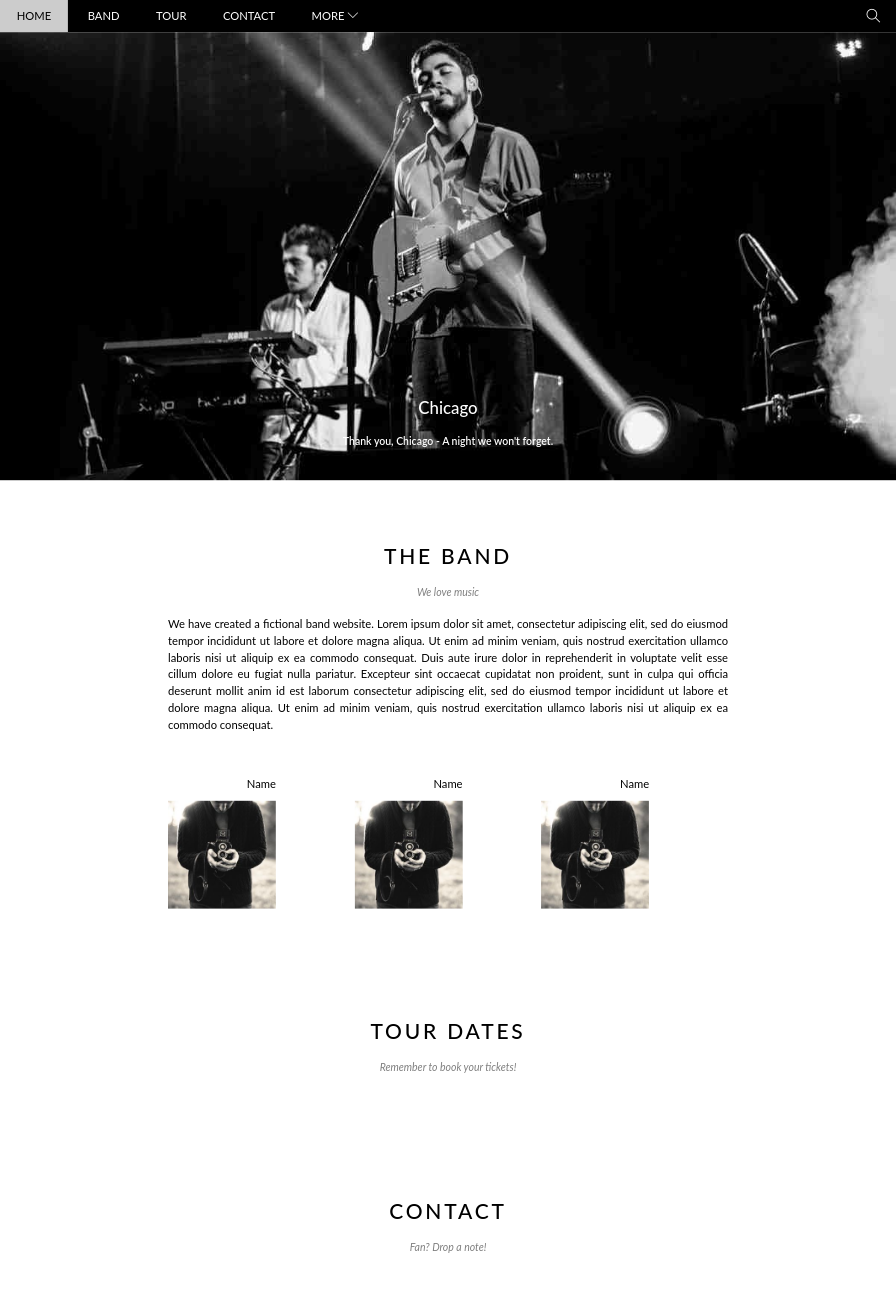
Repository: tatvanhco/web-dau-tay
Page: index.html
An editor plug-in stored every save of this project. The page is shown before and after the next save, followed by the edit.
The browser window is 1280 px wide. The pictures show the whole page, at 70% of full size.

Above is the page before, as saved 2022-01-23 19:16:18.

### index.html
<!DOCTYPE html>
<html lang="en">
<head>
    <meta charset="UTF-8">
    <!-- <meta http-equiv="X-UA-Compatible" content="IE=edge"> -->
    <meta name="viewport" content="width=device-width, initial-scale=1.0">
    <title>the band</title>
    <link rel="shortcut icon" href="./assets/img/band/logo.png" type="image/x-icon">
    <link rel="stylesheet" href="./assets/fronts/themify-icons/themify-icons.css">
    <link rel="stylesheet" href="./assets/css/style.css">
    <link rel="stylesheet" href="./assets/css/responsive.css">
</head>
<body>
    <div id="main">
        <div id="header">
            <ul id="nav">
                <li><a href="#">home</a></li>
                <li><a href="#">band</a></li>
                <li><a href="#">tour</a></li>
                <li><a href="#">contact</a></li>
                <li>
                    <a href="#">more
                        <i class="drop-down ti-angle-down"></i>
                    </a>
                    <div class="subnav">
                        <ul>
                            <li><a href="">Merchandise</a></li>
                            <li><a href="">Extras</a></li>
                            <li><a href="">Media</a></li>
                        </ul>
                    </div>
                </li>
            </ul>
            <div class="search-btn">
                <i class="search-icon ti-search"></i>
            </div>
        </div>
        <div id="slide">
            <div class="text-content">
                <h2 class="text-heading">Chicago</h2>
                <div class="text-desc">Thank you, Chicago - A night we won't forget.</div>
            </div>
        </div>
        <div id="content">
            <div class="content-section">
                <h2 class="section-heading">THE BAND</h2>
                <p class="section-sub-heading">We love music</p>
                <p class="about">
                    We have created a fictional band website. Lorem ipsum dolor sit amet, consectetur adipiscing elit, sed do eiusmod tempor incididunt ut labore et dolore magna aliqua. Ut enim ad minim veniam, quis nostrud exercitation ullamco laboris nisi ut aliquip ex ea commodo consequat. Duis aute irure dolor in reprehenderit in voluptate velit esse cillum dolore eu fugiat nulla pariatur. Excepteur sint occaecat cupidatat non proident, sunt in culpa qui officia deserunt mollit anim id est laborum consectetur adipiscing elit, sed do eiusmod tempor incididunt ut labore et dolore magna aliqua. Ut enim ad minim veniam, quis nostrud exercitation ullamco laboris nisi ut aliquip ex ea commodo consequat.
                </p>
                <div class="team">
                    <div class="team-list">
                        <p class="team-name">Name</p>
                        <img src="./assets/img/band/member.jpg" >
                    </div>

                    <div class="team-list">
                        <p class="team-name">Name</p>
                        <img src="./assets/img/band/member.jpg" >
                    </div>

                    <div class="team-list">
                        <p class="team-name">Name</p>
                        <img src="./assets/img/band/member.jpg" >
                    </div>
                </div>
                <div class="clear"></div>
            </div>

            <div class="content-section">
                <h2 class="section-heading">TOUR DATES</h2>
                <p class="section-sub-heading">Remember to book your tickets!</p>
            </div>

            <div class="content-section">
                <h2 class="section-heading">CONTACT</h2>
                <p class="section-sub-heading">Fan? Drop a note!</p>
            </div>

        </div>

        <div id="footer">

        </div>
    </div>
</body>
</html>

### assets/css/style.css
* {
    margin: 0;
    padding: 0;
    box-sizing: border-box;
}

body {
    font-family: "Lato", sans-serif;
}

.clear {
    clear: both;
}

#header {
    width: 100%;
    height: 46px;
    background-color: #000;
    position: fixed;
    top: 0;
    left: 0;
    right: 0;
    z-index: 1;
}
#nav {
    display: inline-block;
}

#nav > li {
    display: inline-block;
}

#nav li {
    position: relative;
    list-style-type: none;
}

#nav > li > a {
    color: #fff;
    text-transform: uppercase;
}

#nav li a {
    text-decoration: none;
    padding: 0 24px;
    line-height: 46px;
    display: block;

}

#nav li:hover .subnav {
    display: block;
}

#nav .subnav li:hover a,
#nav > li:hover > a {
    background-color: #ccc;
    color: #000;
}

#nav .subnav {
    display: none;
    min-width: 160px;
    position: absolute;
    top: 100%;
    left: 0;
    background-color: #fff;
    box-shadow: 0 0 10px rgba(0, 0, 0, 0.3);
}

#nav .subnav a {
    color: #000;
    padding: 0px 24px;
    line-height: 38px;
}

#header .search-btn {
    float: right;
    padding: 0 22px;
    cursor: pointer;
}

#header .search-btn:hover {
    background-color: #f44336;
}

#header .search-icon {
    color: #fff;
    font-size: 20px;
    line-height: 46px;
}

#slide {
    position: relative;
    margin-top: 46px;
    padding-top: 50%;
    background: url(/assets/img/slider/chicago.jpg) top center / cover no-repeat;
}

#slide .text-content {
    color: #fff;
    position: absolute;
    bottom: 47px;
    /* cách canh giữa
    left: 50%;
    transform: translateX(-50%); */
    width: 100%;
    text-align: center;
}

#slide .text-heading {
    font-weight: 500;
    font-size: 24px;
}

#slide .text-desc {
    font-weight: 600;
    margin-top: 25px;
    font-size: 15px;
}

#content {

}

#content .content-section {
    max-width: 800px;
    margin-left: auto;
    margin-right: auto;
    padding: 64px 0;
}

#content .section-heading,
#content .section-sub-heading {
    text-align: center;
    margin: 25px 0;
}

#content .section-heading {
    font-size: 30px;
    font-weight: 500;
    letter-spacing: 4px;
}

#content .section-sub-heading {
    font-size: 15px;
    opacity: 0.5;
    font-style: italic;
}

#content .about {
    text-align: justify;
    line-height: 1.5;
}

#content .team {
    margin-top: 48px;
}

#content .team-name {
    text-align: center;
    margin: 15px 0;
}

#content .team-list {
    float: left;
    width: 33.33333%;
}

#content .team-list img {
    width: 154px;
    height: 154px;
}

Loaded but not shown: assets/fronts/themify-icons/themify-icons.css (common file); assets/css/responsive.css (no copy from this time; the picture is the same without it)

After the next save:
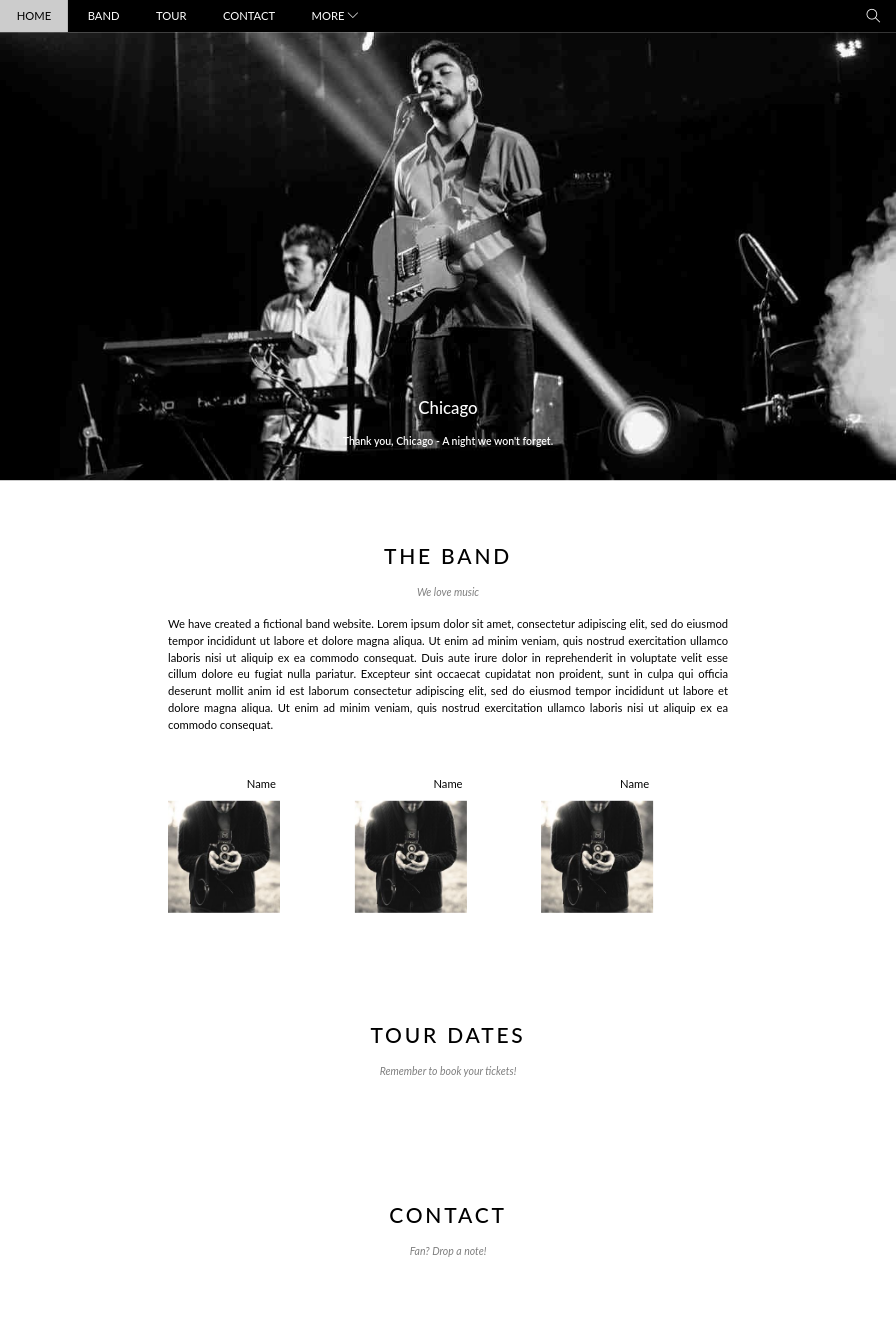
Saved 32 s later.
--- a/assets/css/style.css
+++ b/assets/css/style.css
@@ -168,6 +168,7 @@ body {
 }
 
 #content .team-list img {
-    width: 154px;
-    height: 154px;
+    /* width: 154px;
+    height: 154px; */
+    width: 60%;
 }
